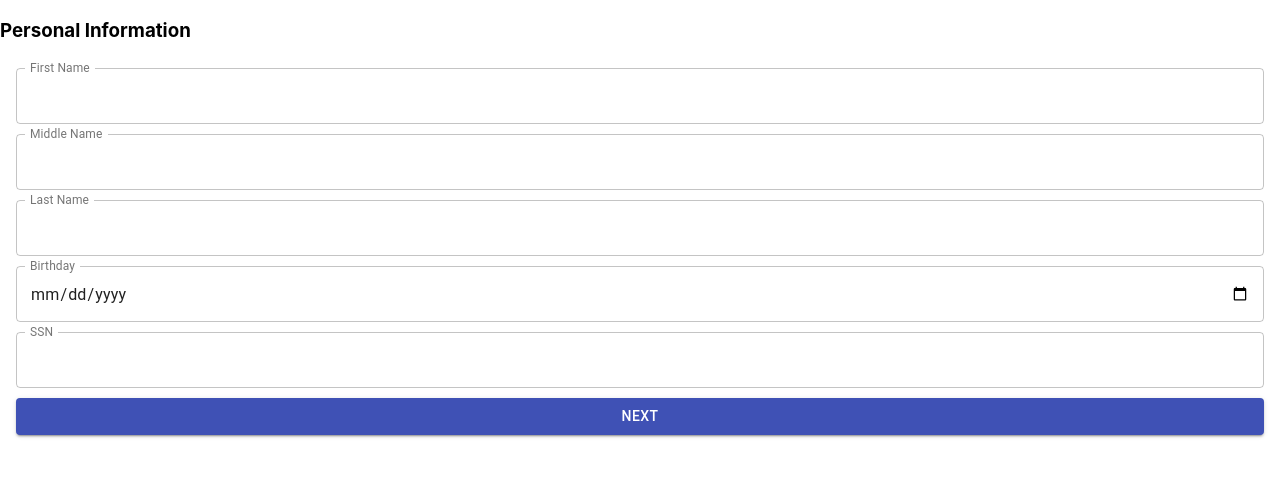
Repository: chathuraedirisingh/rr
Page: /
An editor plug-in stored every save of this project. The page is shown before and after the next save, followed by the edit.
The browser window is 1280 px wide. The pictures show the whole page.
The project was rebuilt for these pictures with package versions that can differ from the ones it lists, and the page was loaded fresh each time. Also part of the build but not shown: src/components/FormContactDetails.js, src/components/FormEmployerDetails.js, src/components/Confirm.js.

Above is the page before, as saved 2019-12-18 02:29:20.

### src/App.js
import React, { Component } from 'react'
import UserForm from './components/UserForm'

export default class App extends Component {
  render() {
    return (
      <UserForm />
    )
  }
}

### src/components/UserForm.js
import React, { Component } from 'react'
import FormPersonalDetails from './FormPersonalDetails';
import FormContactDetails from './FormContactDetails';
import FormEmployerDetails from './FormEmployerDetails';
import Confirm from './Confirm';

export default class UserForm extends Component {
    state = {
        step: 1,
        firstname: "",
        middlename: "",
        lastname: "",
        birthday: '',
        ssn: "",
        email: "",
        phone: "",
        address: "",
        city: "",
        state: "",
        zip: "",
        employed: "",
        employer_name: "",
        job_title: "",
        emp_phone: "",
        income: "",
        start_date: "",
        income_ext: ""
    };

    nextStep = () => {
        const { step } = this.state;
        this.setState({
            step: step + 1
        });
        console.log(this.state);
    };

    prevStep = () => {
        const { step } = this.state;
        this.setState({
            step: step - 1
        });
    };

    handleChange = input => e => {
        this.setState({
            [input]: e.target.value
        });
    };

    render() {
        const { step } = this.state;
        const {
            firstname,
            middlename,
            lastname,
            birthday,
            ssn,

            email,
            phone,
            address,
            city,
            state,
            zip,

            employed,
            employer_name,
            job_title,
            emp_phone,
            income,
            start_date,
            income_ext
        } = this.state;

        const values = {
            firstname,
            middlename,
            lastname,
            birthday,
            ssn,
            email,
            phone,
            address,
            city,
            state,
            zip,
            employed,
            employer_name,
            job_title,
            emp_phone,
            income,
            start_date,
            income_ext
        };

        switch (step) {
            case 1:
                return (
                    <FormPersonalDetails
                        nextStep={this.nextStep}
                        handleChange={this.handleChange}
                        values={values}
                    />
                )

            case 2:
                return (
                    <FormContactDetails
                        nextStep={this.nextStep}
                        prevStep={this.prevStep}
                        handleChange={this.handleChange}
                        values={values}
                    />
                )
            case 3:
                return (
                    <FormEmployerDetails
                        nextStep={this.nextStep}
                        prevStep={this.prevStep}
                        handleChange={this.handleChange}
                        values={values}
                    />
                )

                case 4:
                return (
                    <Confirm
                        nextStep={this.nextStep}
                        prevStep={this.prevStep}
                        handleChange={this.handleChange}
                        values={values}
                    />
                )
        }

        return (
            <div>

            </div>
        )
    }
}

### src/components/FormPersonalDetails.js
import React, { Component, Fragment, useState } from "react";
import { Button, TextField, Container, Box } from "@material-ui/core";


export default class FormPersonalDetails extends Component {
    continue = e => {
        e.preventDefault();
        this.props.nextStep();
    };

    render() {

        const { values, handleChange } = this.props;
        return (
            <Fragment>
                <div style={{ width: '100%' }}>
                    <h3 style={{alignSelf:'center'}}>Personal Information</h3>
                    <Box display="flex"
                        flexDirection="column"
                        p={1} m={1}
                        bgcolor="background.paper">
                        <TextField
                            style={{ marginBottom: 10 }}
                            label="First Name"
                            variant="outlined"
                            onChange={handleChange('firstname')}
                            defaultValue={values.firstname}
                            InputLabelProps={{
                                shrink: true,
                            }} />
                        <TextField
                            style={{ marginBottom: 10 }}
                            label="Middle Name"
                            variant="outlined"
                            onChange={handleChange('middlename')}
                            defaultValue={values.firstname}
                            InputLabelProps={{
                                shrink: true,
                            }} />
                        <TextField
                            style={{ marginBottom: 10 }}
                            label="Last Name"
                            variant="outlined"
                            onChange={handleChange('lastname')}
                            defaultValue={values.firstname}
                            InputLabelProps={{
                                shrink: true,
                            }} />
                        <TextField
                            style={{ marginBottom: 10 }}
                            id="date"
                            type="date"
                            label="Birthday"
                            variant="outlined"
                            onChange={handleChange('birthday')}
                            defaultValue={values.birthday}
                            InputLabelProps={{
                                shrink: true,
                            }}
                        />

                        <TextField
                            style={{ marginBottom: 10 }}
                            label="SSN"
                            variant="outlined"
                            onChange={handleChange('ssn')}
                            defaultValue={values.ssn}
                            InputLabelProps={{
                                shrink: true,
                            }} />
                        <Button
                            style={{ marginBottom: 10 }}
                            variant="contained"
                            color="primary"
                            href="#contained-buttons"
                            onClick={this.continue} >Next</Button>
                    </Box>

                </div>
            </Fragment>
        )
    }
}

Loaded but not shown: public/index.html (common file); src/index.js (common file); src/index.css (common file); src/serviceWorker.js (common file)

After the next save:
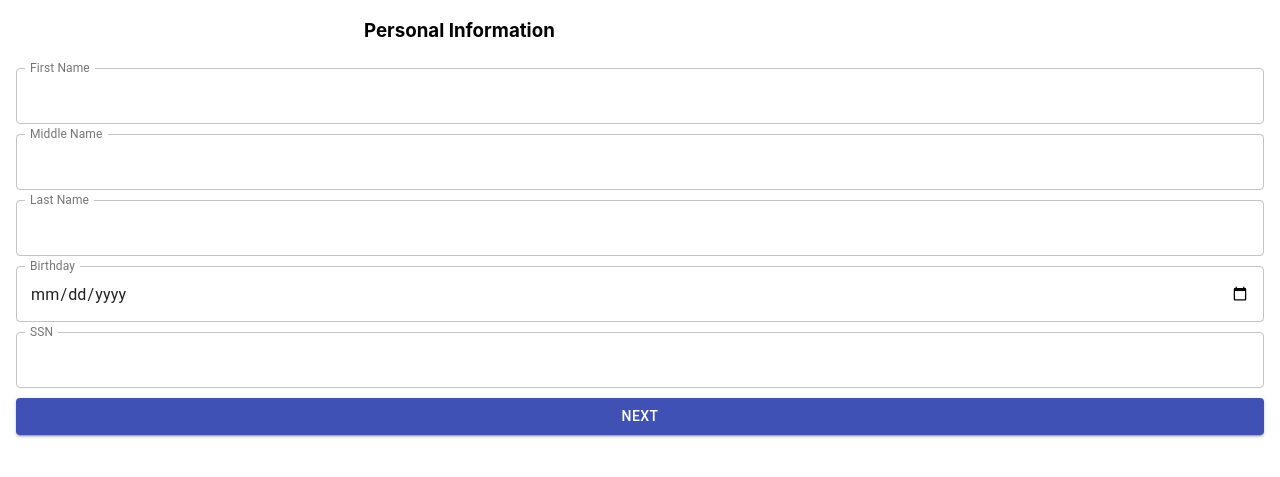
Saved 66 s later.
--- a/src/components/FormPersonalDetails.js
+++ b/src/components/FormPersonalDetails.js
@@ -14,7 +14,10 @@ export default class FormPersonalDetails extends Component {
         return (
             <Fragment>
                 <div style={{ width: '100%' }}>
-                    <h3 style={{alignSelf:'center'}}>Personal Information</h3>
+                    <Container maxWidth="sm">
+                        <h3 style={{ alignSelf: 'center' }}>Personal Information</h3>
+                    </Container>
+
                     <Box display="flex"
                         flexDirection="column"
                         p={1} m={1}
